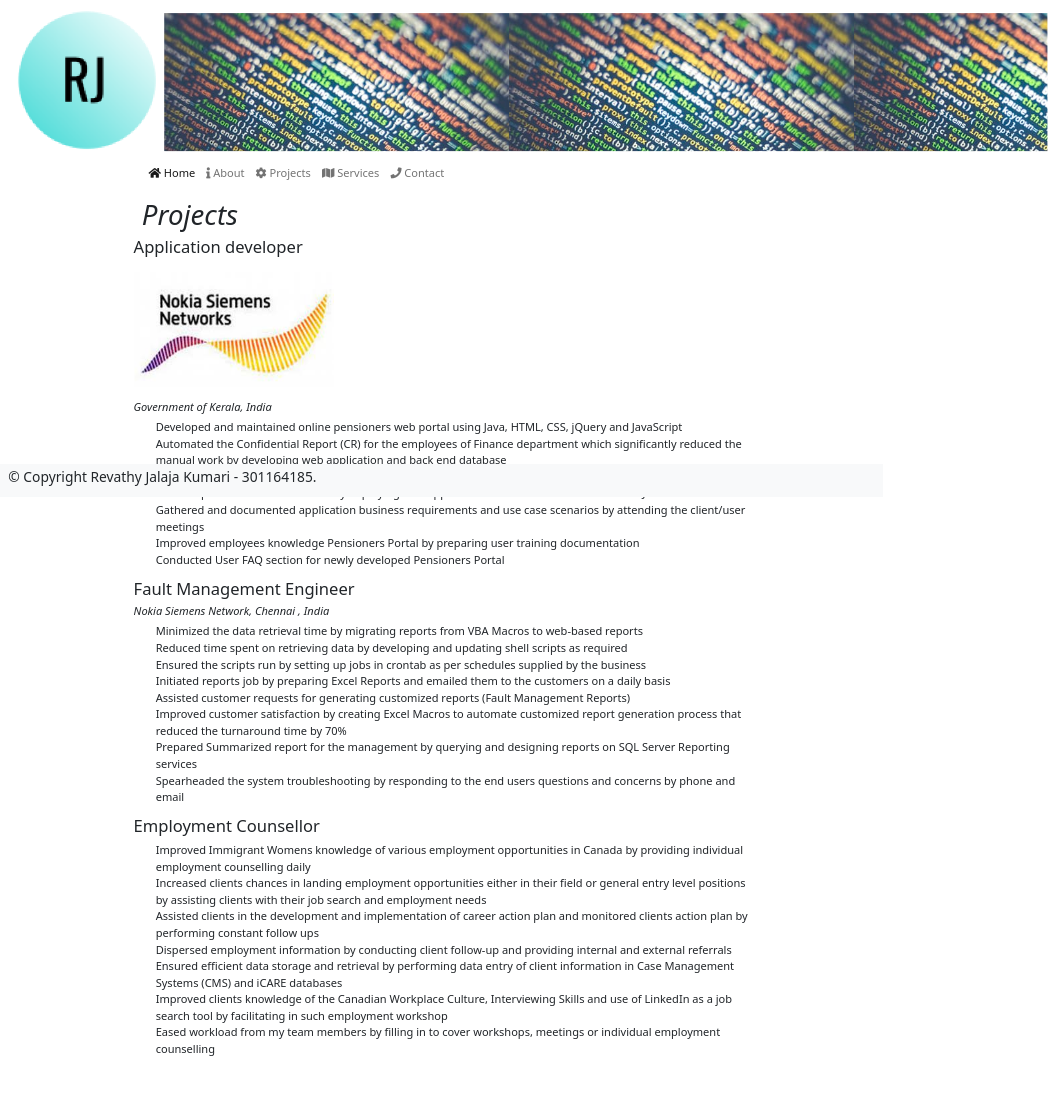
Repository: RevathyJK/Portfolio
Page: http://localhost/projects
An editor plug-in stored every save of this project. The page is shown before and after the next save, followed by the edit.
The browser window is 1280 px wide. The page is 1519 px wide, so the pictures cover 1519 px, including what lies to the right of the window. The pictures show the whole page, at 69% of full size.
Backgrounds fixed to the window are drawn as part of the page. The page is served by the project's Node server (server.js).

Above is the page before, as saved 2021-10-01 16:01:16.

After the next save:
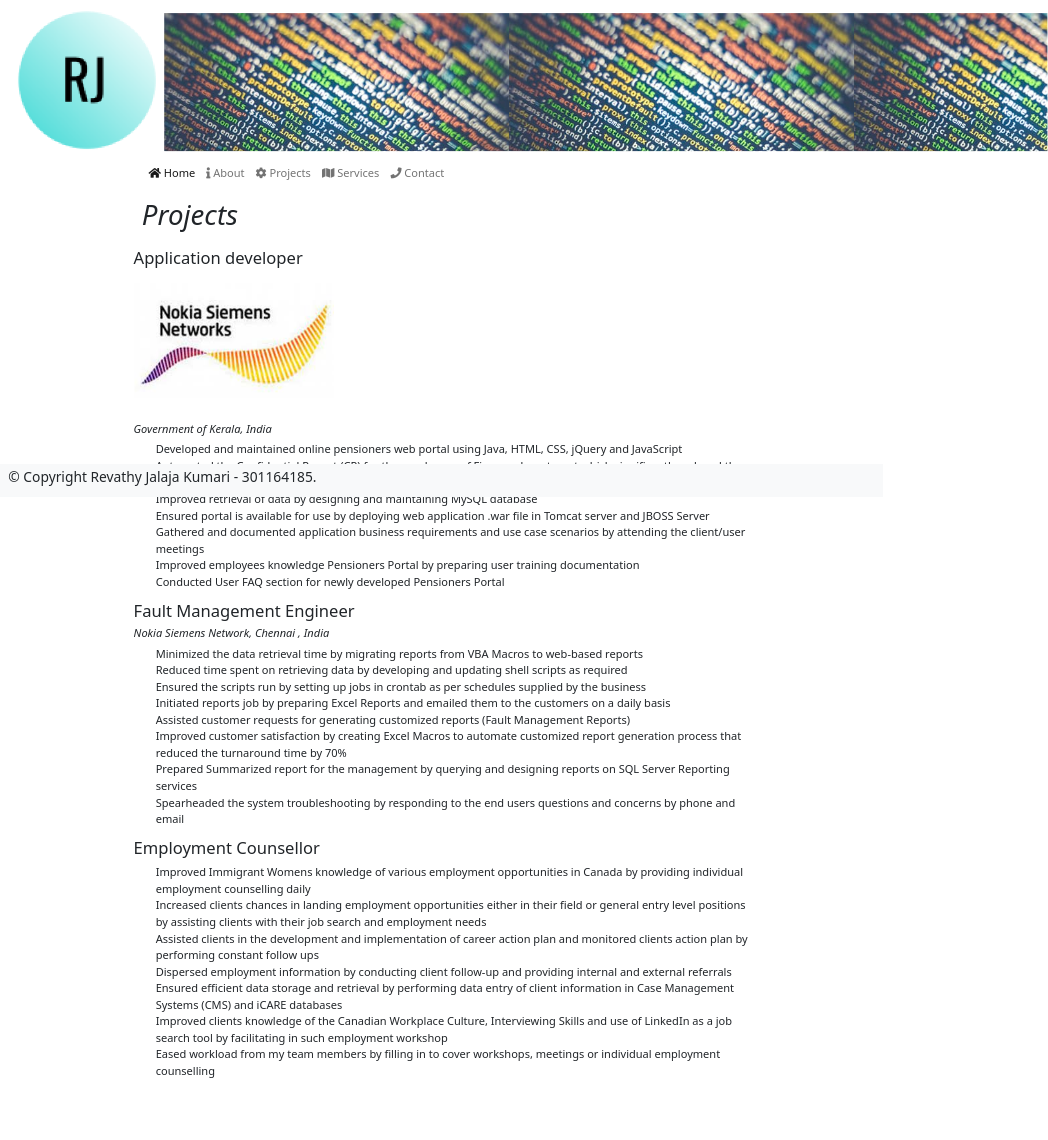
Saved 61 s later.
--- a/Server/Views/content/projects.ejs
+++ b/Server/Views/content/projects.ejs
@@ -5,8 +5,8 @@
 
 <div>
 <tr>
-        <h4>Application developer</h4>
-        <img id="img-listing" height="200" src="nsn.jpg" width="300" class="auto-style1">
+        <p><h4>Application developer</h4>
+        <img id="img-listing" height="200" src="nsn.jpg" width="300" class="auto-style1"></p>
         <h6><i>Government of Kerala, India</i></h6>
         <ul>
                 <li>Developed and maintained online pensioners web portal using Java, HTML, CSS, jQuery and JavaScript </li>
